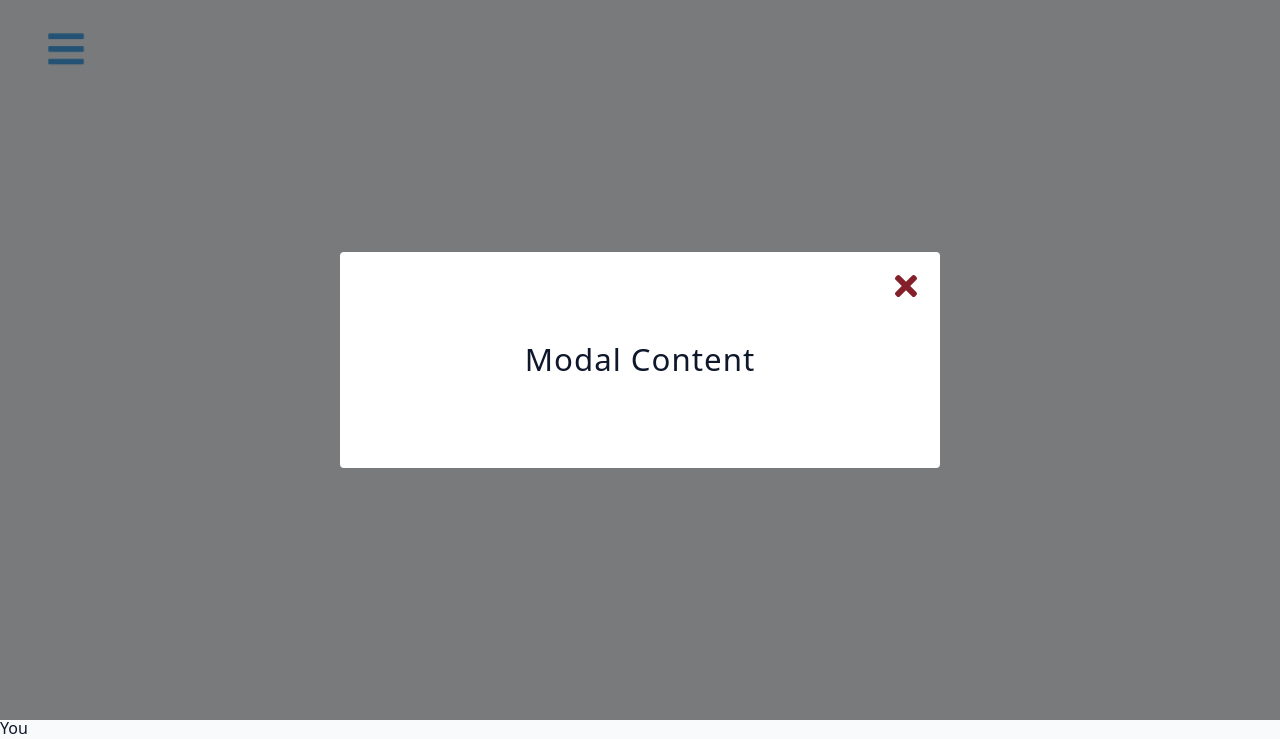
Repository: Maryie-B/React-Practice-Projects
Page: / (app in Sidebar/)
An editor plug-in stored every save of this project. The page is shown before and after the next save, followed by the edit.
The browser window is 1280 px wide. The pictures show the whole page.
The project was rebuilt for these pictures with package versions that can differ from the ones it lists, and the page was loaded fresh each time. Also part of the build but not shown: Sidebar/vite.config.js.

Above is the page before, as saved 2023-06-13 11:13:09.

### Sidebar/src/main.jsx
import React from 'react';
import ReactDOM from 'react-dom/client';
import App from './App';
import './index.css';
import { AppProvider } from './Context';

ReactDOM.createRoot(document.getElementById('root')).render(
  <React.StrictMode>
    <AppProvider>
      <App />
    </AppProvider>
  </React.StrictMode>
);

### Sidebar/src/App.jsx
import Home from "./Home";
import Sidebar from "./Sidebar";
import Modal from "./Modal";

const App = () => {
  return <>
    <Home />
    <Sidebar />
    <Modal />
  </>;
};
export default App;

### Sidebar/src/index.css
/* ============= GLOBAL CSS =============== */

*,
::after,
::before {
  margin: 0;
  padding: 0;
  box-sizing: border-box;
}

html {
  font-size: 100%;
} /*16px*/

:root {
  /* colors */
  --primary-100: #c5e5fc;
  --primary-200: #a5d5f8;
  --primary-300: #8bcbf9;
  --primary-400: #6ebef7;
  --primary-500: #49a6e9;
  --primary-600: #2d87c8;
  --primary-700: #1a6aa2;
  --primary-800: #104e7a;
  --primary-900: #063251;

  /* grey */
  --grey-50: #f8fafc;
  --grey-100: #f1f5f9;
  --grey-200: #e2e8f0;
  --grey-300: #cbd5e1;
  --grey-400: #94a3b8;
  --grey-500: #64748b;
  --grey-600: #475569;
  --grey-700: #334155;
  --grey-800: #1e293b;
  --grey-900: #0f172a;
  /* rest of the colors */
  --black: #222;
  --white: #fff;
  --red-light: #f8d7da;
  --red-dark: #842029;
  --green-light: #d1e7dd;
  --green-dark: #0f5132;

  --small-text: 0.875rem;
  --extra-small-text: 0.7em;
  /* rest of the vars */
  --backgroundColor: var(--grey-50);
  --textColor: var(--grey-900);
  --borderRadius: 0.25rem;
  --letterSpacing: 1px;
  --transition: 0.3s ease-in-out all;
  --max-width: 1120px;
  --fixed-width: 600px;

  /* box shadow*/
  --shadow-1: 0 1px 3px 0 rgba(0, 0, 0, 0.1), 0 1px 2px 0 rgba(0, 0, 0, 0.06);
  --shadow-2: 0 4px 6px -1px rgba(0, 0, 0, 0.1),
    0 2px 4px -1px rgba(0, 0, 0, 0.06);
  --shadow-3: 0 10px 15px -3px rgba(0, 0, 0, 0.1),
    0 4px 6px -2px rgba(0, 0, 0, 0.05);
  --shadow-4: 0 20px 25px -5px rgba(0, 0, 0, 0.1),
    0 10px 10px -5px rgba(0, 0, 0, 0.04);
}

body {
  background: var(--backgroundColor);
  font-family: system-ui, -apple-system, BlinkMacSystemFont, 'Segoe UI', Roboto,
    Oxygen, Ubuntu, Cantarell, 'Open Sans', 'Helvetica Neue', sans-serif;
  font-weight: 400;
  line-height: 1;
  color: var(--textColor);
}
p {
  margin: 0;
}
h1,
h2,
h3,
h4,
h5 {
  margin: 0;
  font-family: var(--headingFont);
  font-weight: 400;
  line-height: 1;
  text-transform: capitalize;
  letter-spacing: var(--letterSpacing);
}

h1 {
  font-size: 3.052rem;
}

h2 {
  font-size: 2.441rem;
}

h3 {
  font-size: 1.953rem;
}

h4 {
  font-size: 1.563rem;
}

h5 {
  font-size: 1.25rem;
}

.text {
  margin-bottom: 1.5rem;
  max-width: 40em;
}

small,
.text-small {
  font-size: var(--small-text);
}

a {
  text-decoration: none;
}
ul {
  list-style-type: none;
  padding: 0;
}

.img {
  width: 100%;
  display: block;
  object-fit: cover;
}
/* buttons */

.btn {
  cursor: pointer;
  color: var(--white);
  background: var(--primary-500);
  border: transparent;
  border-radius: var(--borderRadius);
  letter-spacing: var(--letterSpacing);
  padding: 0.375rem 0.75rem;
  box-shadow: var(--shadow-1);
  transition: var(--transition);
  text-transform: capitalize;
  display: inline-block;
}
.btn:hover {
  background: var(--primary-700);
  box-shadow: var(--shadow-3);
}
.btn-hipster {
  color: var(--primary-500);
  background: var(--primary-200);
}
.btn-hipster:hover {
  color: var(--primary-200);
  background: var(--primary-700);
}
.btn-block {
  width: 100%;
}

/* alerts */
.alert {
  padding: 0.375rem 0.75rem;
  margin-bottom: 1rem;
  border-color: transparent;
  border-radius: var(--borderRadius);
}

.alert-danger {
  color: var(--red-dark);
  background: var(--red-light);
}
.alert-success {
  color: var(--green-dark);
  background: var(--green-light);
}
/* form */

.form {
  width: 90vw;
  max-width: var(--fixed-width);
  background: var(--white);
  border-radius: var(--borderRadius);
  box-shadow: var(--shadow-2);
  padding: 2rem 2.5rem;
  margin: 3rem auto;
}
.form-label {
  display: block;
  font-size: var(--small-text);
  margin-bottom: 0.5rem;
  text-transform: capitalize;
  letter-spacing: var(--letterSpacing);
}
.form-input,
.form-textarea {
  width: 100%;
  padding: 0.375rem 0.75rem;
  border-radius: var(--borderRadius);
  background: var(--backgroundColor);
  border: 1px solid var(--grey-200);
}

.form-row {
  margin-bottom: 1rem;
}

.form-textarea {
  height: 7rem;
}
::placeholder {
  font-family: inherit;
  color: var(--grey-400);
}
.form-alert {
  color: var(--red-dark);
  letter-spacing: var(--letterSpacing);
  text-transform: capitalize;
}
/* alert */

@keyframes spinner {
  to {
    transform: rotate(360deg);
  }
}

.loading {
  width: 6rem;
  height: 6rem;
  border: 5px solid var(--grey-400);
  border-radius: 50%;
  border-top-color: var(--primary-500);
  animation: spinner 0.6s linear infinite;
  margin: 0 auto;
}

/* title */

.title {
  text-align: center;
}

.title-underline {
  background: var(--primary-500);
  width: 7rem;
  height: 0.25rem;
  margin: 0 auto;
  margin-top: 1rem;
}
/*
===============
Project CSS
===============
*/

main {
  min-height: 100vh;
  display: flex;
  justify-content: center;
  align-items: center;
  background: var(--grey-100);
}

.sidebar-toggle {
  position: fixed;
  top: 2rem;
  left: 3rem;
  font-size: 2rem;
  background: transparent;
  border-color: transparent;
  color: var(--primary-500);
  cursor: pointer;
  animation: bounce 2s ease-in-out infinite;
}

@keyframes bounce {
  0% {
    transform: scale(1);
  }
  50% {
    transform: scale(1.5);
  }
  100% {
    transform: scale(1);
  }
}

.modal-overlay {
  position: fixed;
  top: 0;
  left: 0;
  width: 100%;
  height: 100%;
  background-color: rgba(0, 0, 0, 0.5);
  display: grid;
  place-items: center;
}

.modal-container {
  background: var(--white);
  width: 90vw;
  height: 30vh;
  border-radius: var(--borderRadius);
  max-width: var(--fixed-width);
  text-align: center;
  display: grid;
  place-items: center;
  position: relative;
}

.close-modal-btn {
  position: absolute;
  top: 1rem;
  right: 1rem;
  font-size: 2rem;
  background: transparent;
  border-color: transparent;
  color: var(--red-dark);
}

### Sidebar/src/Context.jsx
import { createContext, useState, useContext} from "react";

const AppContext = createContext();

export const AppProvider = ({children}) => {
    const [isSidebarOpen, setIsSidebarOpen] = useState(false);
    const [isModalOpen, setIsModalOpen] = useState(false);

    const openSidebar = () => {
        setIsSidebarOpen(true);
    };
    const closeSidebar = () => {
        setIsSidebarOpen(false);
    };
    const openModal = () => {
        setIsModalOpen(true);
    };
    const closeModal = () => {
        setIsModalOpen(false);
    };

    return (
        <AppContext.Provider value={{isSidebarOpen, isModalOpen, openSidebar, openModal, closeSidebar, closeModal}}>
            {children}
        </AppContext.Provider>
    );
};

export const useGlobalContext = () => {
    return useContext(AppContext);
};

### Sidebar/src/Home.jsx
import React from 'react'
import { useGlobalContext } from './Context'
import { FaBars} from 'react-icons/fa';

const Home = () => {
    const { openSidebar, openModal } = useGlobalContext();
  return (
    <main>
      <button className="sidebar-toggle" onClick={openSidebar}>
        <FaBars />
      </button>
      <button className="btn"onClick={openModal}>
        Show Fucking Modal
      </button>
    </main>
  )
}

export default Home

### Sidebar/src/Sidebar.jsx
import React from 'react'

const Sidebar = () => {
  return (
    <div>
      You
    </div>
  )
}

export default Sidebar

### Sidebar/src/Modal.jsx
import React from 'react'
import { FaTimes } from 'react-icons/fa'
import { useGlobalContext } from './Context'

const Modal = () => {
    const { isModalOpen, closeModal} = useGlobalContext();
  return (
    <div className='modal-overlay'>
      <div className="modal-container">
        <h3>Modal Content</h3>
        <button className="close-modal-btn" onClick={closeModal}>
            <FaTimes />
        </button>
      </div>
    </div>
  )
}

export default Modal

Loaded but not shown: Sidebar/index.html (common file)

After the next save:
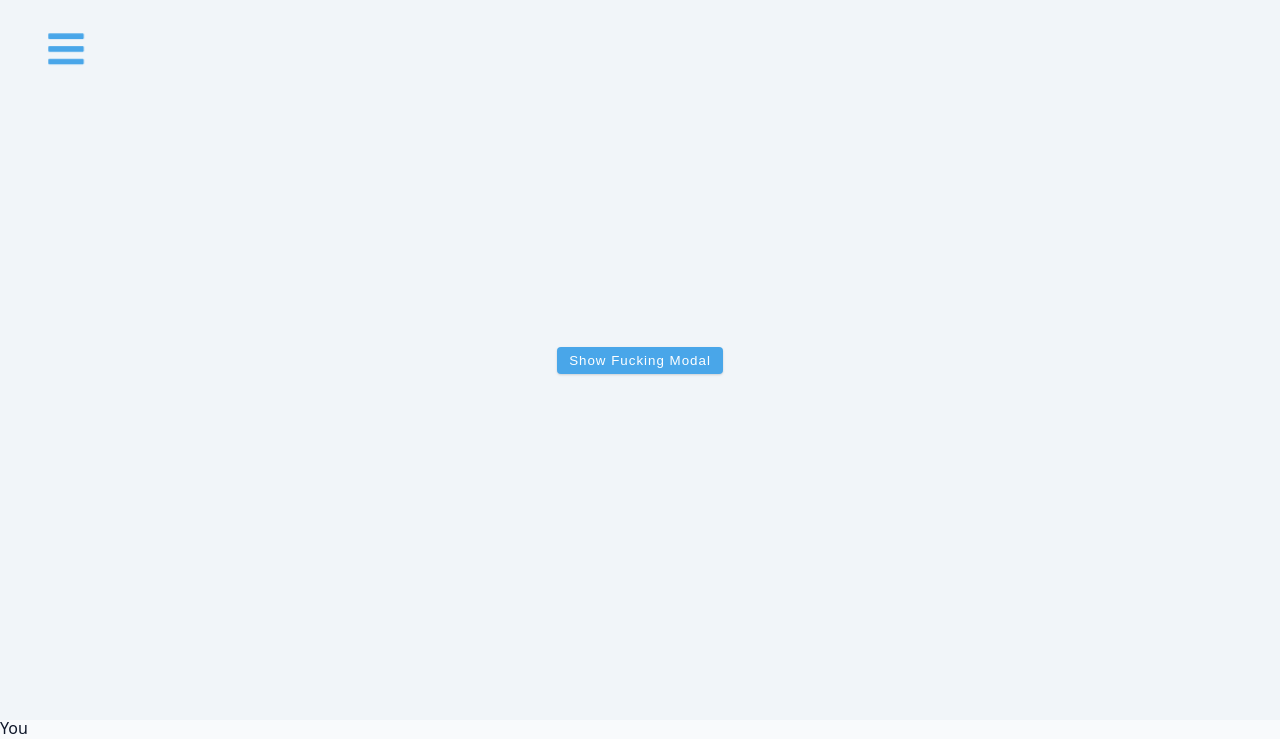
Saved 100 s later.
--- a/Sidebar/src/index.css
+++ b/Sidebar/src/index.css
@@ -299,6 +299,15 @@
   background-color: rgba(0, 0, 0, 0.5);
   display: grid;
   place-items: center;
+  z-index: -1;
+  visibility: hidden;
+  opacity: 0;
+}
+
+.show-modal {
+  z-index: 10;
+  visibility: visible;
+  opacity: 1;
 }
 
 .modal-container {
